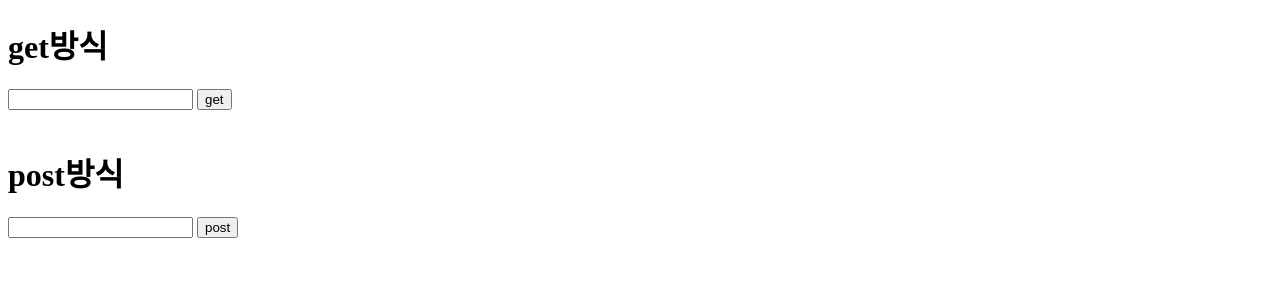
Repository: HeonchanKim/smhrd_jsp
Page: Servlet/src/main/webapp/ex04.html
These files come from the project's save history. The page is drawn as it stood at one moment and after the next save; the edit follows.
The browser window is 1280 px wide. The pictures show the whole page.

Above is the page before, as saved 2022-01-27 06:47:22.

### Servlet/src/main/webapp/ex04.html
<!DOCTYPE html>
<html>
<head>
<meta charset="EUC-KR">
<title>Insert title here</title>
</head>
<body>
	<!--
		사용자가 서버프로그램으로 값을 보낼 수 있는 두가지 방법
		get : URL을 통해서 데이터를 전달 / 보안 X / 보내는 데이터크기에 제한 / 빠름
			  URL(ISO-8859-1 - > euc-kr>

		post :
	 -->

	 <h1>get방식</h1>
	<form action="ex04" method="get">
		<input type="text" name="text">
		<input type="submit" value="get">
	</form>

	<br>

	 <h1>post방식</h1>
	<form action="ex04" method="post">
		<input type="text" name="text">
		<input type="submit" value="post">
	</form>


</body>
</html>

After the next save:
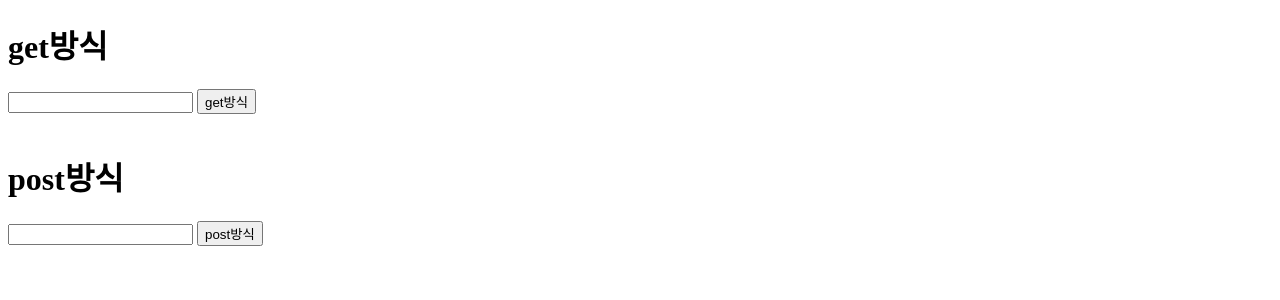
Saved 21 min 48 s later.
--- a/Servlet/src/main/webapp/ex04.html
+++ b/Servlet/src/main/webapp/ex04.html
@@ -10,13 +10,13 @@
 		get : URL을 통해서 데이터를 전달 / 보안 X / 보내는 데이터크기에 제한 / 빠름
 			  URL(ISO-8859-1 - > euc-kr>
 
-		post :
+		post : 패킷을 통해서 데이터를 전달
 	 -->
 
 	 <h1>get방식</h1>
 	<form action="ex04" method="get">
 		<input type="text" name="text">
-		<input type="submit" value="get">
+		<input type="submit" value="get방식">
 	</form>
 
 	<br>
@@ -24,7 +24,7 @@
 	 <h1>post방식</h1>
 	<form action="ex04" method="post">
 		<input type="text" name="text">
-		<input type="submit" value="post">
+		<input type="submit" value="post방식">
 	</form>
 
 
